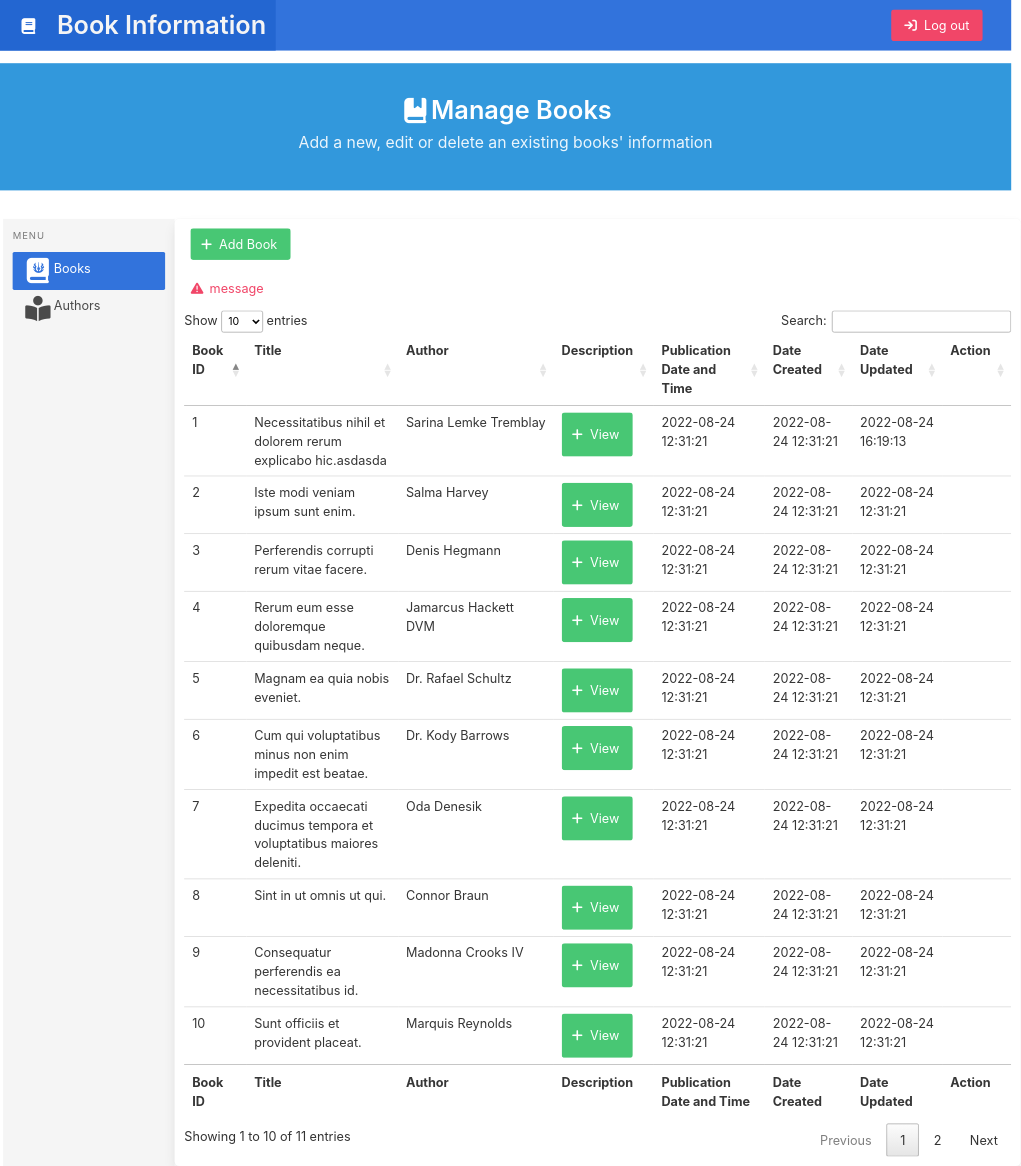
Repository: setsunafjustin00208/books_info_laravel_version
Page: http://localhost/appview/books
The author's editor kept a copy of each file at every save. The page is drawn from the files as they stood at one save, then again after a run of saves.
The browser window is 1280 px wide. The page is 1292 px wide, so the pictures cover 1292 px, including what lies to the right of the window. The pictures show the whole page, at 79% of full size.
The page is served by the project's Laravel application, run on PHP 8.4 with Laravel 9. The database holds what the project's SQL file puts in it.

Above is the page before, as saved 2022-08-25 07:04:08.
Console error: ReferenceError: jQuery is not defined

After the next 8 saves:
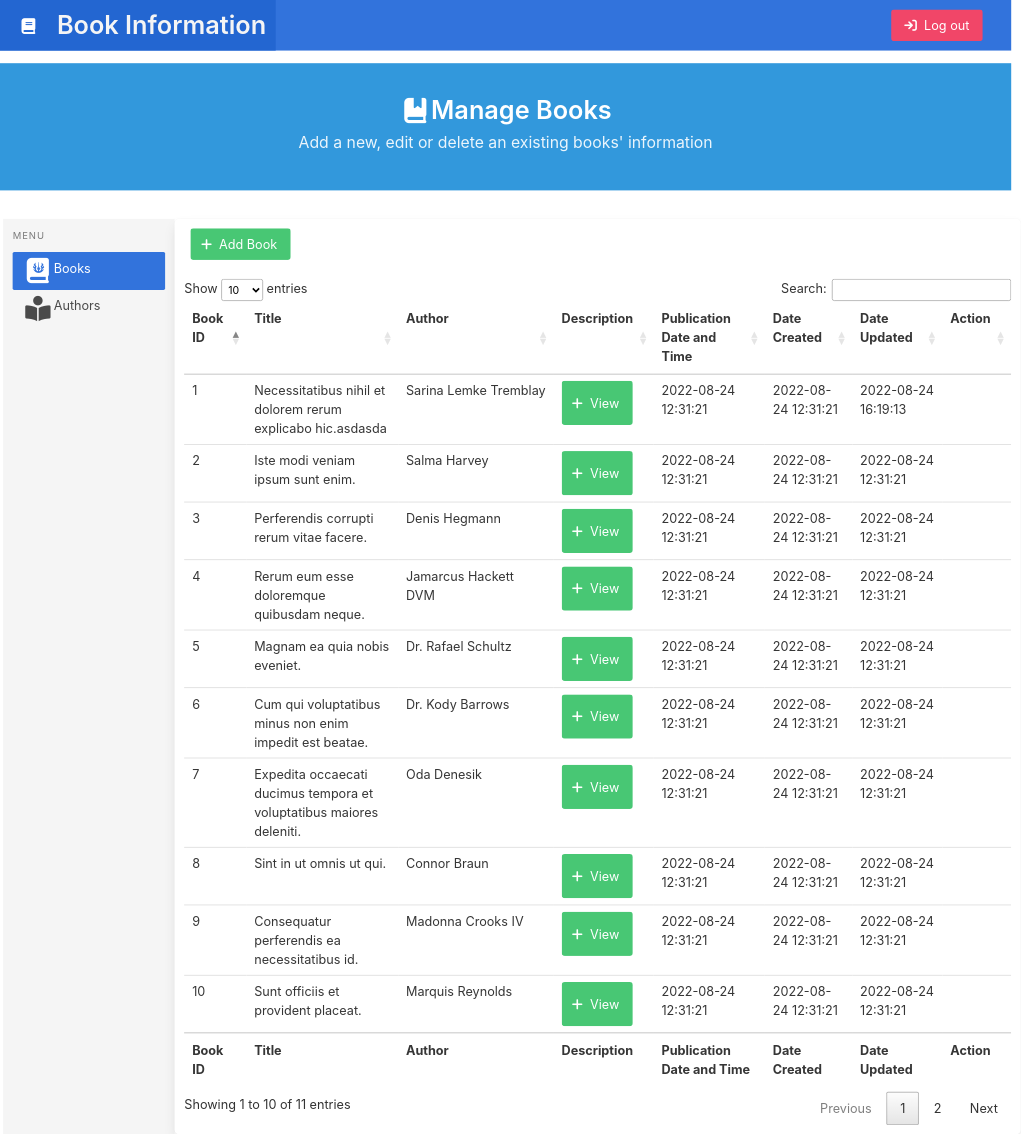
The 8 saves are shown as one change because they came seconds apart.
The last was saved 2 min 37 s later.
--- a/resources/views/components/flash-message.blade.php
+++ b/resources/views/components/flash-message.blade.php
@@ -1,17 +1,26 @@
 
 @if(session()->has('message'))
 
-<div class="fixed top-0 left-1/2 transform -translate-x-1/2 bg-laravel text-white px-48 py-3">
-    {{session('message')}}
+<div class='container box has-background-success-light animate__animated animate__fadeInUpBig'>
+        <div class="field icon-text mt-4 mb-4 has-text-success">
+                <span class="icon">
+                        <i class="fas fa-check-square"></i>
+                </span>
+                <span>
+                        {{'message'}}
+                </span>
+        </div>
 </div>
-
 @endif
-
-<div class="field icon-text mt-4 mb-4 has-text-danger">
-        <span class="icon">
-                <i class="fas fa-exclamation-triangle"></i>
-        </span>
-        <span>
-                {{'message'}}
-        </span>
+@if(session()->has('error'))
+<div class='container box has-background-success-light animate__animated animate__fadeInUpBig'>
+        <div class="field icon-text mt-4 mb-4 has-text-danger">
+                <span class="icon">
+                        <i class="fas fa-exclamation-triangle"></i>
+                </span>
+                <span>
+                        {{'error'}}
+                </span>
+        </div>
 </div>
+@endif
